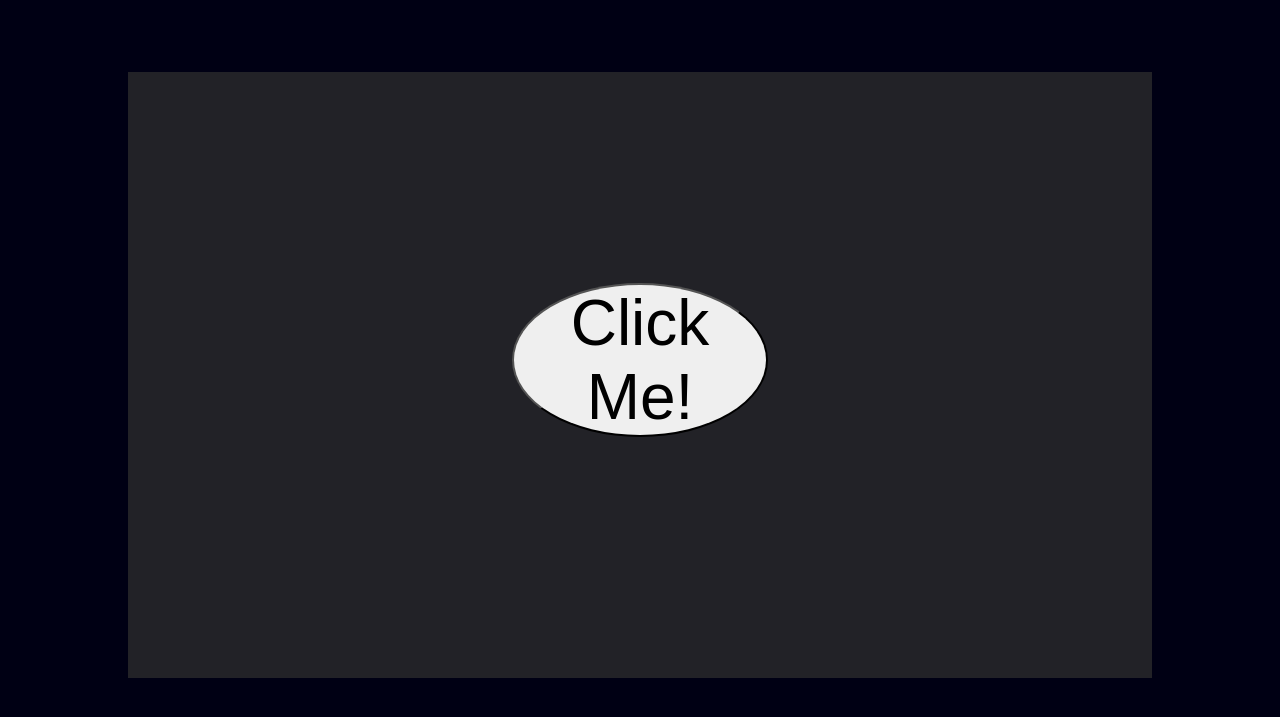
Repository: Francois-QUICODE/CSS-Micro-Projects
Page: Projects/02-Pulsating-Button.html
These files come from the project's save history. The page is drawn as it stood at one moment and after the next save; the edit follows.
The browser window is 1280 px wide. The pictures show the whole page.
Some web fonts or font styles are not loaded; a fallback is used.

Above is the page before, as saved 2020-11-29 14:05:05.

After the next save:
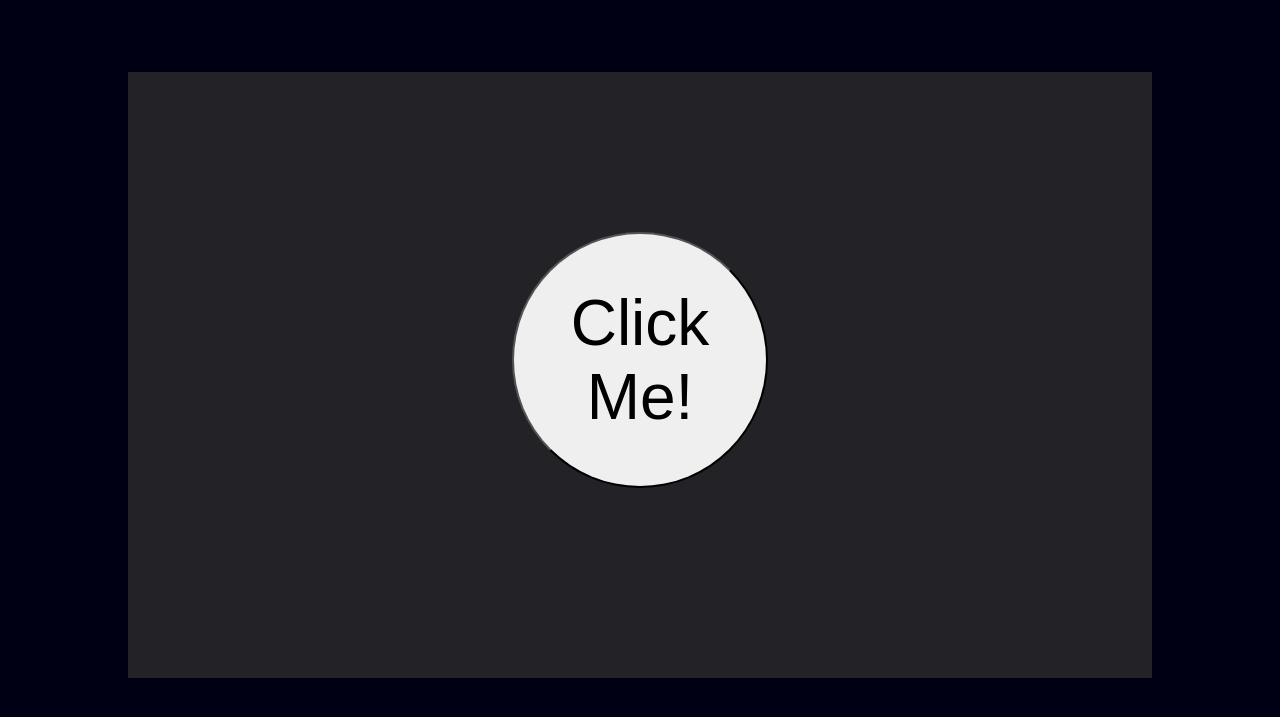
Saved 15 s later.
--- a/Projects/02-Pulsating-Button.html
+++ b/Projects/02-Pulsating-Button.html
@@ -38,6 +38,7 @@
         border-radius: 50%;
         font-size: 5vw;
         width: 20vw;
+        height: 20vw;
       }
     </style>
   </body>
